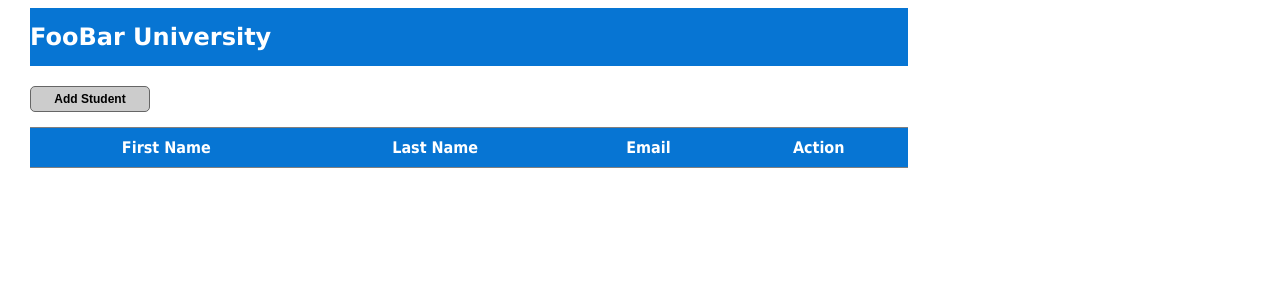
Repository: sanjeev11235/Arch1
Page: http://localhost/web-student-tracker-jstl/StudentControllerServlet
An editor plug-in stored every save of this project. The page is shown before and after the next save, followed by the edit.
The browser window is 1280 px wide. The pictures show the whole page.
The page is served by Tomcat 9. Other server files are loaded and not shown. Queries for data that is not in the repository find no rows.

Above is the page before, as saved 2019-10-24 19:28:36.

### JSP-Servlets-JDBC/web-student-tracker-jstl/WebContent/list-students.jsp
<%@ page language="java" contentType="text/html; charset=ISO-8859-1"
    pageEncoding="ISO-8859-1"%>
<%@ taglib uri="http://java.sun.com/jsp/jstl/core" prefix="c" %>
<!DOCTYPE html>
<html>
	<head>
		<meta charset="ISO-8859-1">
		<title>Student Tracker App</title>
		<link type="text/css" rel="stylesheet" href="css/style.css">
	</head>

	<body>
		<div id ="wrapper">
			<div id="header">
				<h2>FooBar University</h2>
			</div>
		</div>

		<div id="container">
			<div id="content">
			<!-- put new button: Add Student -->
			<input type="button" value="Add Student" onclick="window.location.href='add-student.jsp'; return false; " class="add-student-button"/>
				<table>
					<tr>
						<th>First Name</th>
						<th>Last Name</th>
						<th>Email</th>
						<th>Action</th>
					</tr>


					<c:forEach var="tempStudent" items="${STUDENT_LIST}">

						<!-- set up a link for each student -->
						<c:url var="tempLink" value="StudentControllerServlet">
							<c:param name="command" value="LOAD"/>
							<c:param name="studentId" value="${tempStudent.id}"/>
						</c:url>

						<tr>
							<td>${tempStudent.firstName}</td>
							<td>${tempStudent.lastName}</td>
							<td>${tempStudent.email}</td>
							<td>
								<a href="${tempLink}">Update</a>
							</td>
						</tr>

					</c:forEach>
				</table>

			</div>
		</div>
	</body>
</html>

### JSP-Servlets-JDBC/web-student-tracker-jstl/src/com/san/web/jdbc/StudentControllerServlet.java
package com.san.web.jdbc;

import java.io.IOException;
import java.util.List;

import javax.annotation.Resource;
import javax.servlet.RequestDispatcher;
import javax.servlet.ServletException;
import javax.servlet.annotation.WebServlet;
import javax.servlet.http.HttpServlet;
import javax.servlet.http.HttpServletRequest;
import javax.servlet.http.HttpServletResponse;
import javax.sql.DataSource;

/**
 * Servlet implementation class StudentControllerServlet
 */
@WebServlet("/StudentControllerServlet")
public class StudentControllerServlet extends HttpServlet {
	private static final long serialVersionUID = 1L;

	private StudentDbUtil studentDbUtil;

	@Resource(name="jdbc/web_student_tracker")
	private DataSource dataSource;

	@Override
	public void init() throws ServletException {
		super.init();

		// create our student db util ... and pass in the conn pool / datasource
		try {
			studentDbUtil = new StudentDbUtil(dataSource);
		}
		catch (Exception exc) {
			throw new ServletException(exc);
		}
	}

	protected void doGet(HttpServletRequest request, HttpServletResponse response) throws ServletException, IOException {

		try {
			// read the "command" parameter
			String theCommand = request.getParameter("command");

			// if the command is missing, then default to listing students
			if (theCommand == null) {
				theCommand = "LIST";
			}

			// route to the appropriate method
			switch (theCommand) {

			case "LIST":
				listStudents(request, response);
				break;

			case "ADD":
				addStudent(request, response);
				break;
			case "LOAD":
				loadStudent(request, response);
				break;
			case "UPDATE":
				updateStudent(request, response);
				break;

			default:
				listStudents(request, response);
			}

		}
		catch (Exception exc) {
			throw new ServletException(exc);
		}

	}



	private void updateStudent(HttpServletRequest request, HttpServletResponse response) throws Exception {

		// read student info from the form data
		int id= Integer.parseInt(request.getParameter("studentId"));
		String firstName= request.getParameter("firstName");
		String lastName= request.getParameter("lastName");
		String email= request.getParameter("email");

		// create a new student object
		Student theStudent = new Student(id, firstName, lastName, email);

		// perform update on database
		studentDbUtil.updateStudent(theStudent);
		// send them back to the "list students" page
		listStudents(request, response);
	}

	private void loadStudent(HttpServletRequest request, HttpServletResponse response) throws Exception {
		// read student id from form data
		String theStudentId= request.getParameter("studentId");

		// get student from database (db util)
		Student theStudent= studentDbUtil.getStudents(theStudentId);

		// place student in the request attribute
		request.setAttribute("THE_STUDENT", theStudent);

		// send to jsp page: update-student-form.jsp
		RequestDispatcher dispatcher = request.getRequestDispatcher("/update-student-form.jsp");
		dispatcher.forward(request, response);
	}

	private void addStudent(HttpServletRequest request, HttpServletResponse response) throws Exception {

		// read student info from form data
		String firstName = request.getParameter("firstName");
		String lastName = request.getParameter("lastName");
		String email = request.getParameter("email");

		// create a new student object
		Student theStudent = new Student(firstName, lastName, email);

		// add the student to the database
		studentDbUtil.addStudent(theStudent);

		// send back to main page (the student list)
		listStudents(request, response);
	}

	private void listStudents(HttpServletRequest request, HttpServletResponse response)
		throws Exception {

		// get students from db util
		List<Student> students = studentDbUtil.getStudents();

		// add students to the request
		request.setAttribute("STUDENT_LIST", students);

		// send to JSP page (view)
		RequestDispatcher dispatcher = request.getRequestDispatcher("/list-students.jsp");
		dispatcher.forward(request, response);
	}

}

### JSP-Servlets-JDBC/web-student-tracker-jstl/WebContent/css/style.css
html, body{
	margin-left:15px; margin-right:15px;
	padding:0px;
	font-family:Verdana, Arial, Helvetica, sans-serif;
}

table {
	border-collapse:collapse;
	border-bottom:1px solid gray;
	font-family: Tahoma,Verdana,Segoe,sans-serif;
	width:72%;
}

th {
	border-bottom:1px solid gray;
	background:none repeat scroll 0 0 #0775d3;
	padding:10px;
	color: #FFFFFF;
}

tr {
	border-top:1px solid gray;
	text-align:center;
}

tr:nth-child(even) {background: #FFFFFF}
tr:nth-child(odd) {background: #BBBBBB}

#wrapper {width: 100%; margin-top: 0px; }
#header {width: 72%; background: #0775d3; margin-top: 0px; padding:15px 0px 15px 0px;}
#header h2 {width: 100%; margin:auto; color: #FFFFFF;}
#container {width: 100%; margin:auto}
#container h3 {color: #000;}
#container #content {margin-top: 20px;}

.add-student-button {
	border: 1px solid #666;
	border-radius: 5px;
	padding: 4px;
	font-size: 12px;
	font-weight: bold;
	width: 120px;
	padding: 5px 10px;

	margin-bottom: 15px;
	background: #cccccc;
}

After the next save:
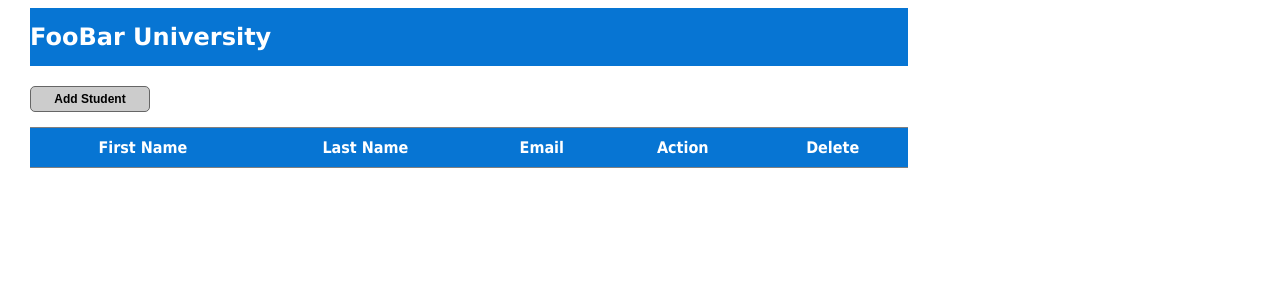
Saved 9 min 8 s later.
--- a/JSP-Servlets-JDBC/web-student-tracker-jstl/WebContent/list-students.jsp
+++ b/JSP-Servlets-JDBC/web-student-tracker-jstl/WebContent/list-students.jsp
@@ -26,6 +26,7 @@
 						<th>Last Name</th>
 						<th>Email</th>
 						<th>Action</th>
+						<th>Delete</th>
 					</tr>
 
 
@@ -36,13 +37,19 @@
 							<c:param name="command" value="LOAD"/>
 							<c:param name="studentId" value="${tempStudent.id}"/>
 						</c:url>
-
+						<!-- set up a link to delete a student -->
+						<c:url var="deleteLink" value="StudentControllerServlet">
+							<c:param name="command" value="DELETE"/>
+							<c:param name="studentId" value="${tempStudent.id}"/>
+						</c:url>
 						<tr>
 							<td>${tempStudent.firstName}</td>
 							<td>${tempStudent.lastName}</td>
 							<td>${tempStudent.email}</td>
 							<td>
 								<a href="${tempLink}">Update</a>
+								|
+								<a href="${deleteLink}">Delete</a>
 							</td>
 						</tr>
 
